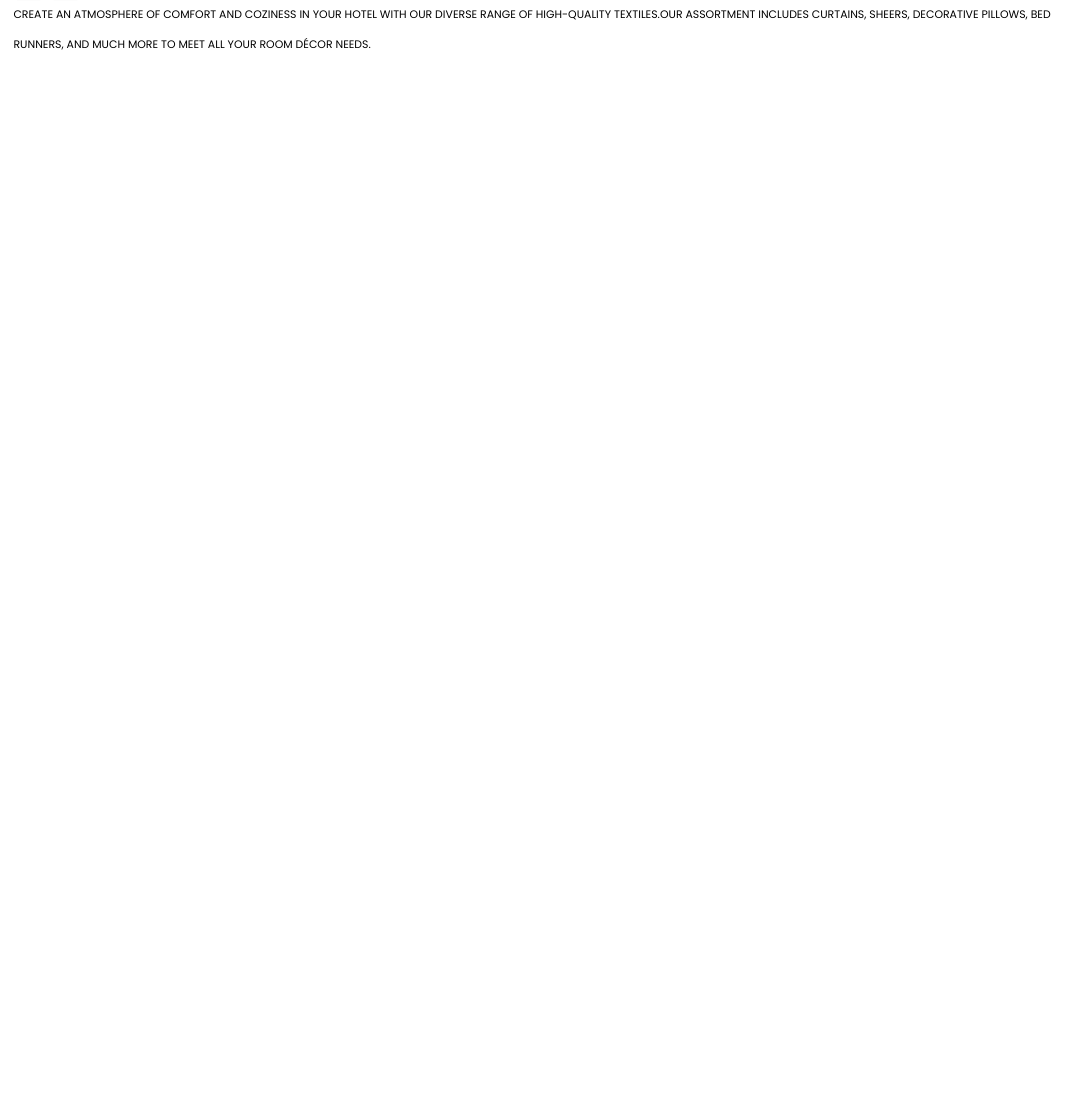
Repository: nikhilsinghrathore1/Shery_02
Page: /
These files come from the project's save history. The page is drawn as it stood at one moment and after the next save; the edit follows.
The browser window is 1280 px wide. The pictures show the part of the page from y = 4219 to 5544 px (the page is 5544 px tall), at 84% of full size.
The project was rebuilt for these pictures with package versions that can differ from the ones it lists, and the page was loaded fresh each time. Also part of the build but not shown: vite.config.js.

Above is the page before, as saved 2024-07-18 03:26:38.

After the next save:
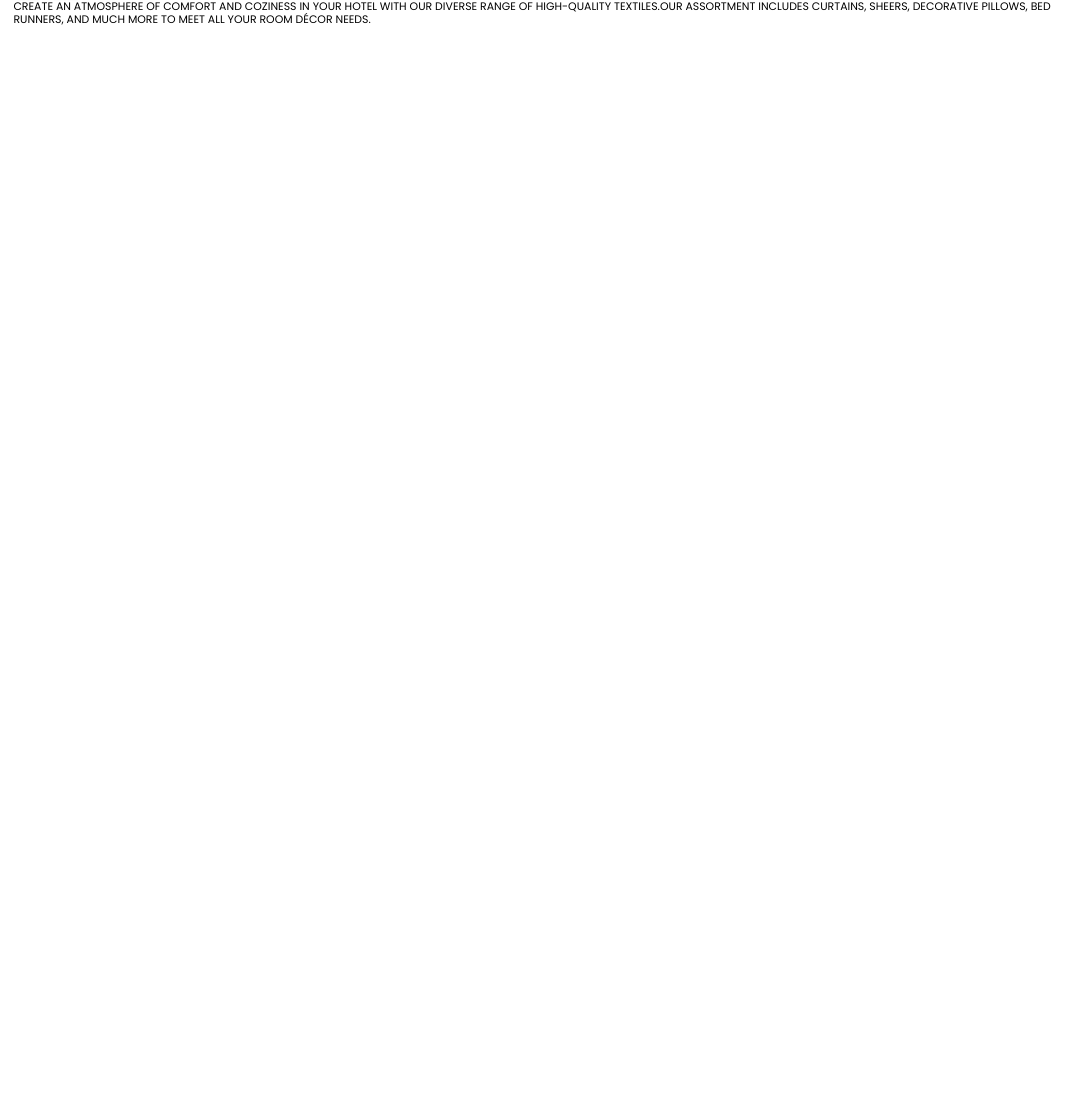
Saved 9 s later.
--- a/src/pages/Landing.jsx
+++ b/src/pages/Landing.jsx
@@ -70,7 +70,7 @@ const Landing = () => {
                                                             </div>
                                              </div>
 
-                                             <p className='text-[13px]'>Create an atmosphere of comfort and coziness <span> in your hotel with our diverse range of high-quality textiles.</span>Our assortment includes curtains, sheers, decorative pillows, bed runners, and much more to meet all your room décor needs.</p>
+                                             <p className='text-[13px] leading-[15px]'>Create an atmosphere of comfort and coziness <span> in your hotel with our diverse range of high-quality textiles.</span>Our assortment includes curtains, sheers, decorative pillows, bed runners, and much more to meet all your room décor needs.</p>
                               </div>
                </div>
 
